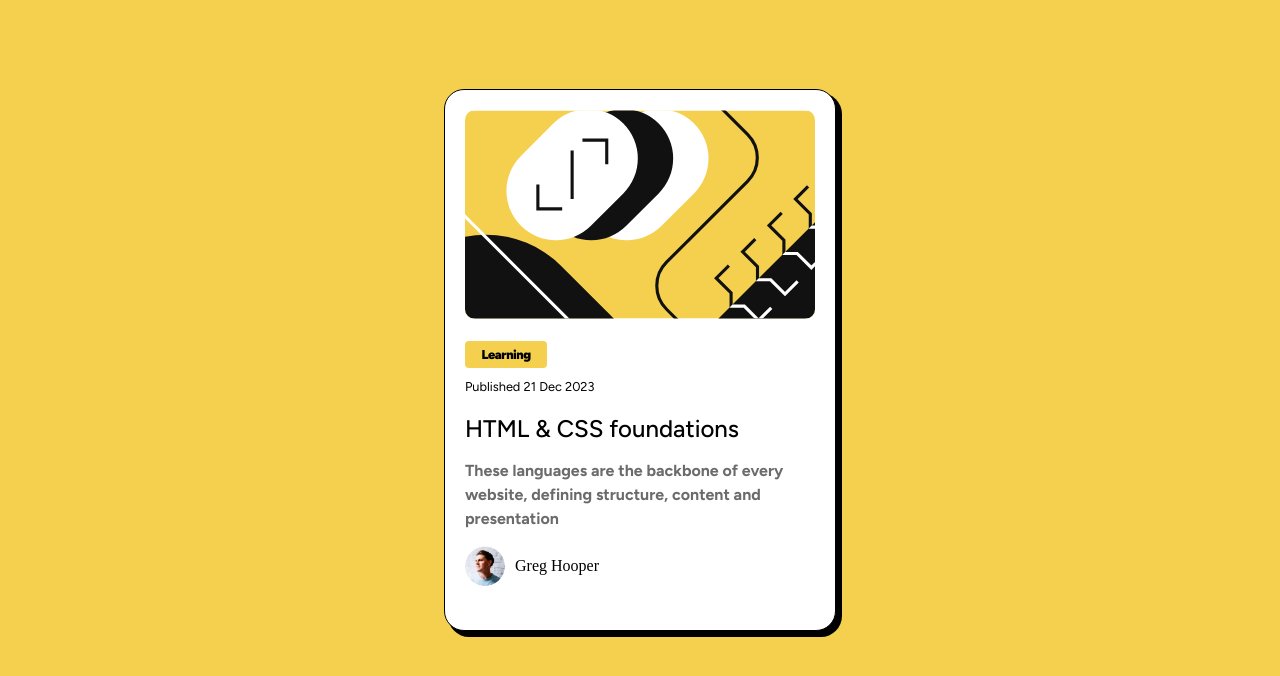
Repository: brandontaylor1/blogpreviewcard
Page: index.html
The author's editor kept a copy of each file at every save. The page is drawn from the files as they stood at one save, then again after a run of saves.
The browser window is 1280 px wide. The pictures show the whole page.

Above is the page before, as saved 2024-12-25 12:21:38.

After the next 3 saves:
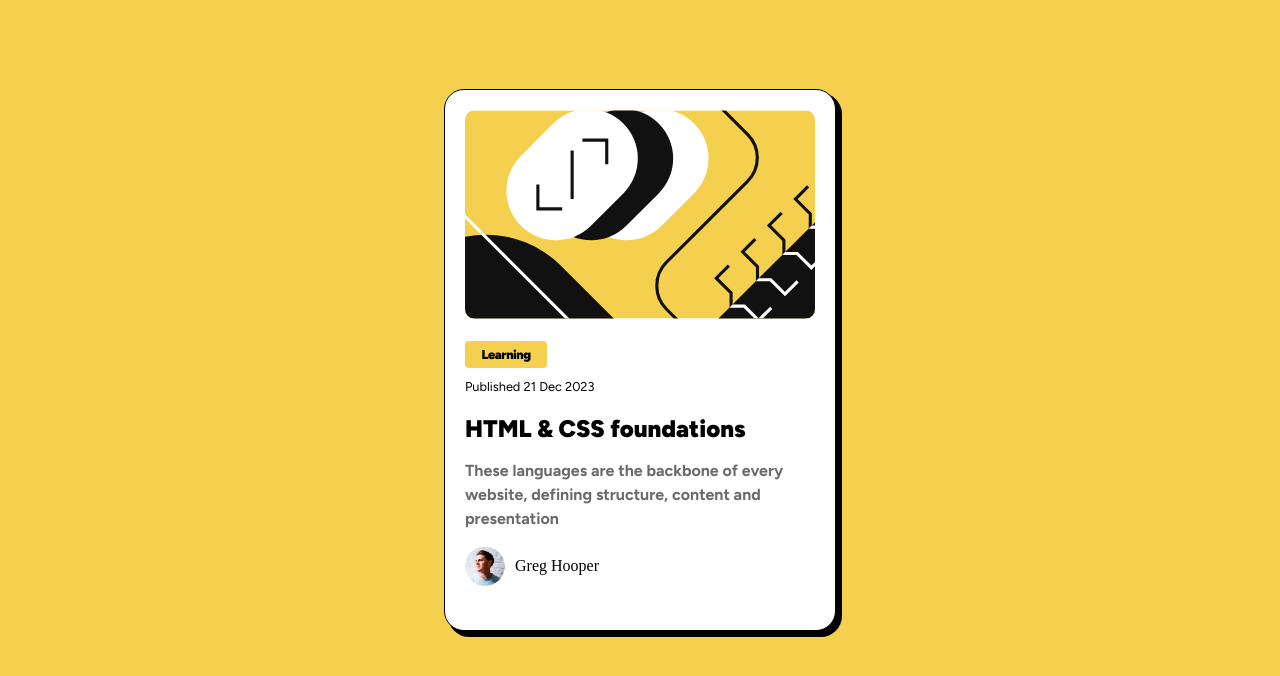
The 3 saves are shown as one change because they came seconds apart.
The last was saved 12 s later.
--- a/index.css
+++ b/index.css
@@ -93,7 +93,7 @@ body {
 .card-content-text h2 {
     font-size: 1.5rem;
     font-family: var(--main-font-bold-url);
-    font-weight: var(--main-font-weight-reg);
+    font-weight: var(--main-font-weight-bold);
     margin-bottom: 10px;
     transition: color 0.3s ease;
 }
